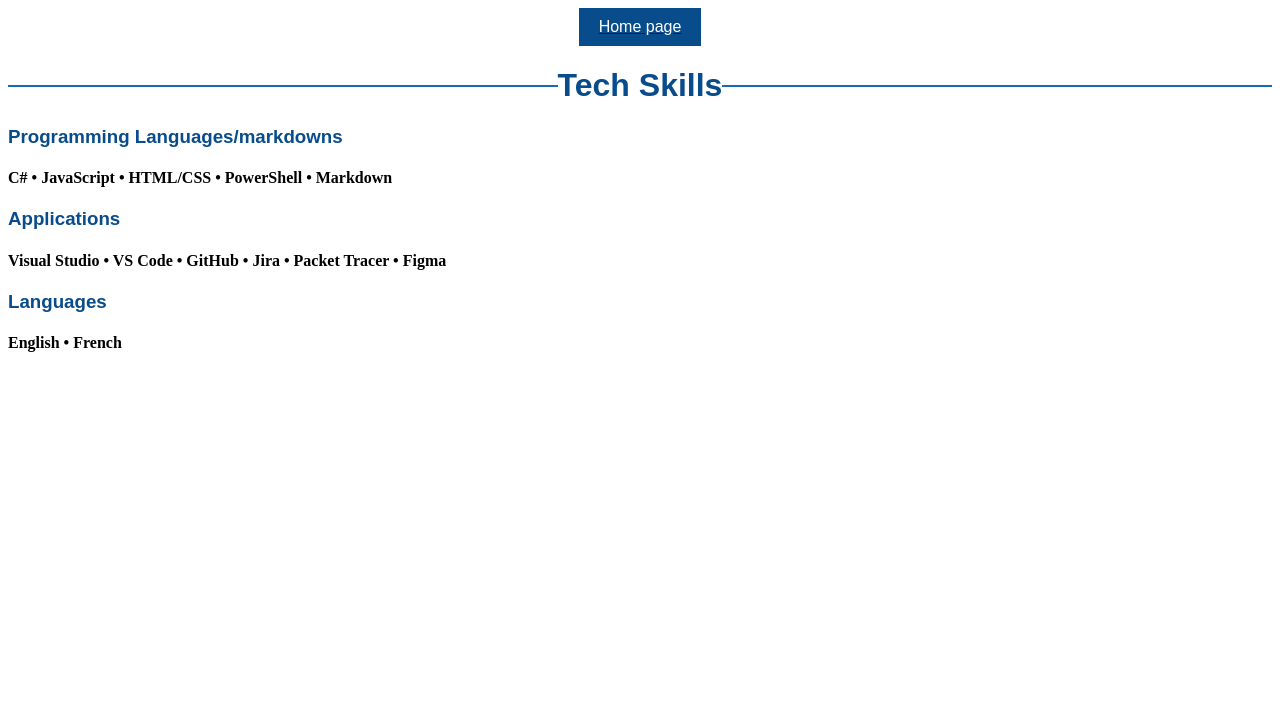
Repository: zackaroo20/zackaroo20
Page: pages/Tech-skills.html
An editor plug-in stored every save of this project. The page is shown before and after the next save, followed by the edit.
The browser window is 1280 px wide. The pictures show the whole page.

Above is the page before, as saved 2026-05-19 12:13:17.

After the next save:
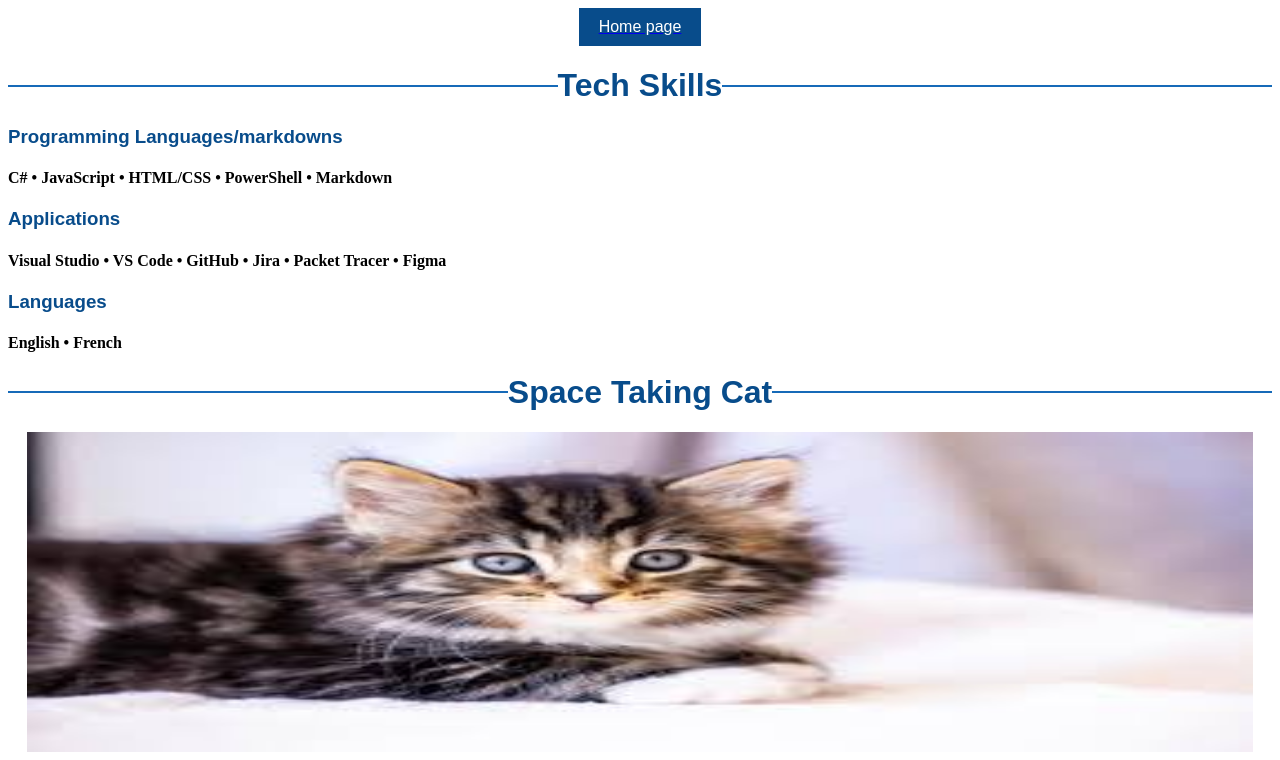
Saved 22 s later.
--- a/pages/Tech-skills.html
+++ b/pages/Tech-skills.html
@@ -34,5 +34,7 @@
 <h4>Visual Studio • VS Code • GitHub • Jira • Packet Tracer • Figma</h4>
 <h3>Languages</h3>
 <h4>English • French</h4>
+<h1>Space Taking Cat</h1>
+<img alt="space taking cat" id="cat" src="/assets/space-taking-cat.jpg" />
 </body>
 </html>
